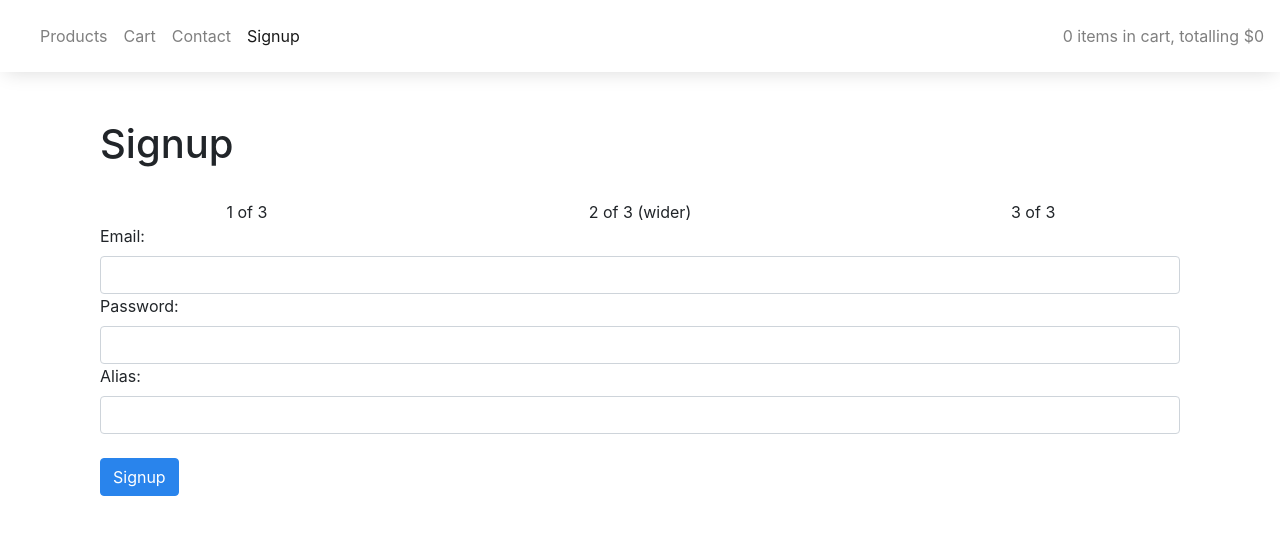
Repository: dayrim/wavecraft
Page: /signup
An editor plug-in stored every save of this project. The page is shown before and after the next save, followed by the edit.
The browser window is 1280 px wide. The pictures show the whole page.
The project was rebuilt for these pictures with package versions that can differ from the ones it lists, and the page was loaded fresh each time. Also part of the build but not shown: vue.config.js.

Above is the page before, as saved 2019-04-22 16:03:15.

After the next save:
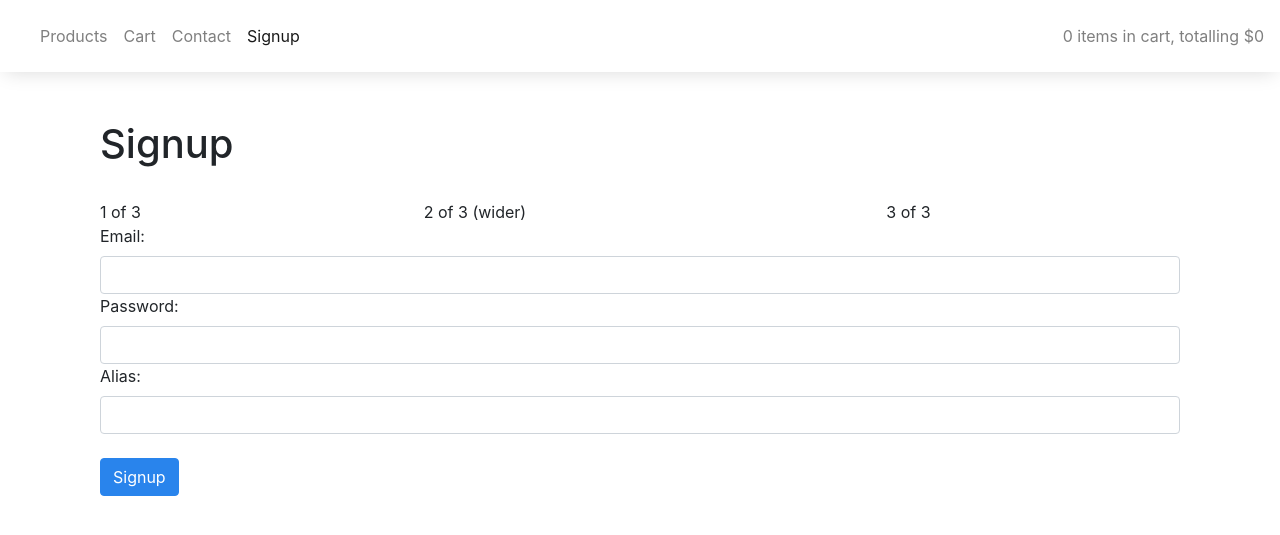
Saved 4 s later.
--- a/src/components/Signup.vue
+++ b/src/components/Signup.vue
@@ -2,7 +2,7 @@
   <b-container fluid>
     <h1>Signup</h1>
     <br />
-    <b-row class="text-center">
+    <b-row>
       <b-col>1 of 3</b-col>
       <b-col cols="5">2 of 3 (wider)</b-col>
       <b-col>3 of 3</b-col>
